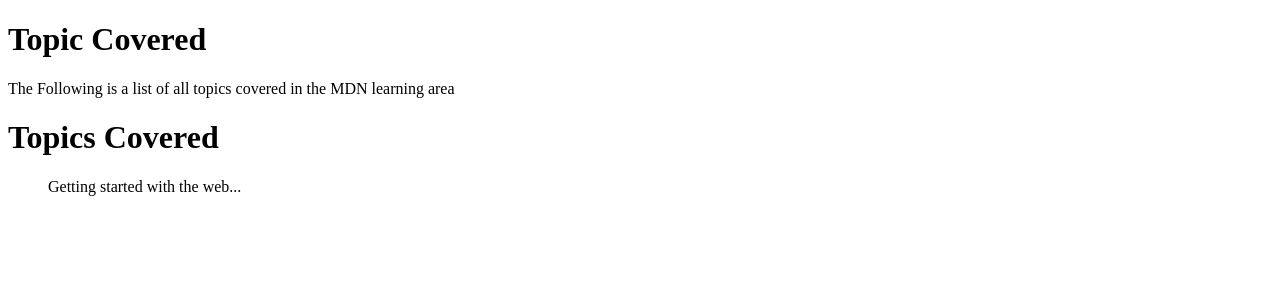
Repository: sriram1224/ReactProjects.github.io
Page: Assignments/Assignment1/index.html
An editor plug-in stored every save of this project. The page is shown before and after the next save, followed by the edit.
The browser window is 1280 px wide. The pictures show the whole page.

Above is the page before, as saved 2024-03-01 09:45:00.

After the next save:
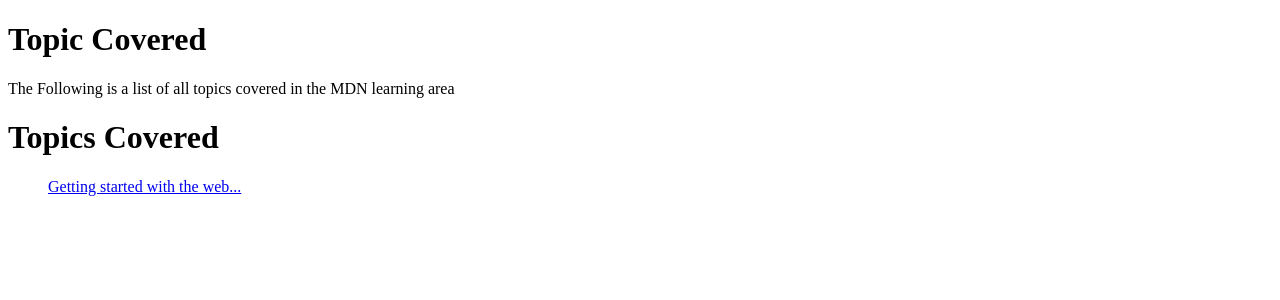
Saved 2 min 12 s later.
--- a/Assignments/Assignment1/index.html
+++ b/Assignments/Assignment1/index.html
@@ -29,7 +29,7 @@
       [
         React.createElement('h1', null, 'Topics Covered'),
         React.createElement('ul', null, [
-          React.createElement('a', null, 'Getting started with the web...'),
+        React.createElement('a', {href: 'http://example.com'}, 'Getting started with the web...')
         ])
       ]
     );
